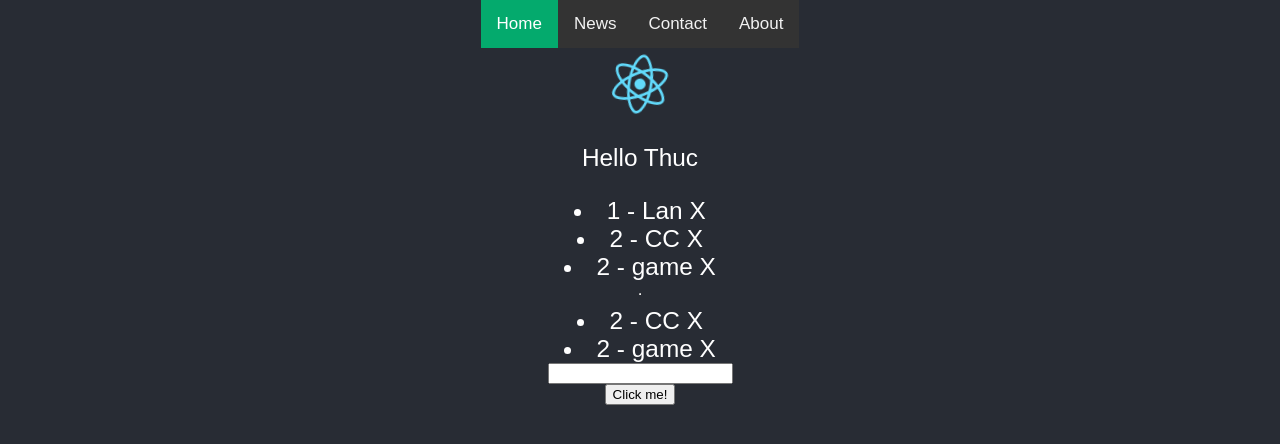
Repository: ThucSkin/React-hook-basic
Page: /
The author's editor kept a copy of each file at every save. The page is drawn from the files as they stood at one save, then again after the next save.
The browser window is 1280 px wide. The pictures show the whole page.
The project was rebuilt for these pictures with package versions that can differ from the ones it lists, and the page was loaded fresh each time.

Above is the page before, as saved 2023-06-11 01:52:38.

After the next save:
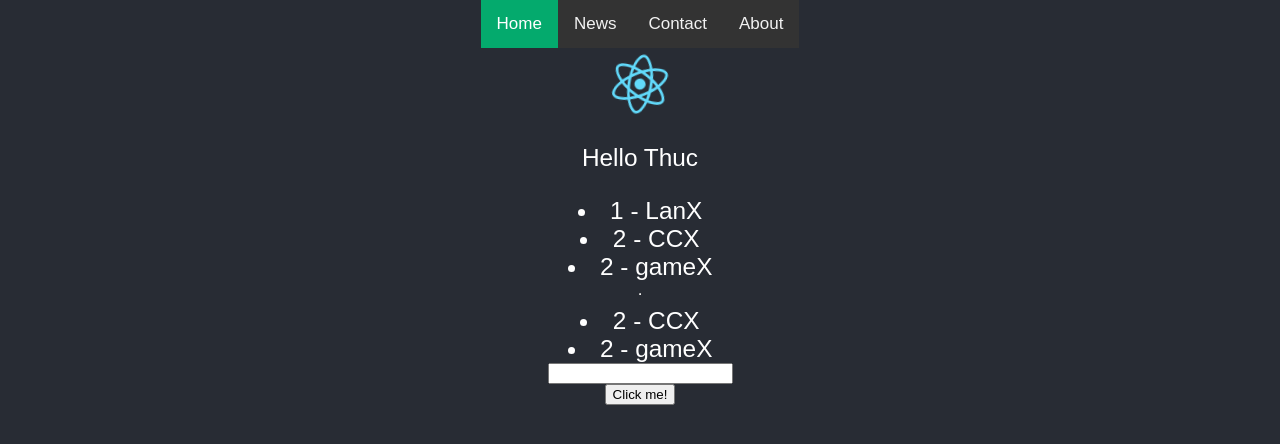
Saved 44 s later.
--- a/src/views/Todo.js
+++ b/src/views/Todo.js
@@ -11,7 +11,8 @@
             {todos.map(item => {
                 return (
                     <div key={item.id}>
-                        <li className='todos-child'>{item.id} - {item.name} <span>X</span></li>
+                        <li className='todos-child'>{item.id} - {item.name}
+                            <span onClick={() => handleDelete(item.id)}>X</span></li>
 
                     </div>
                 )
